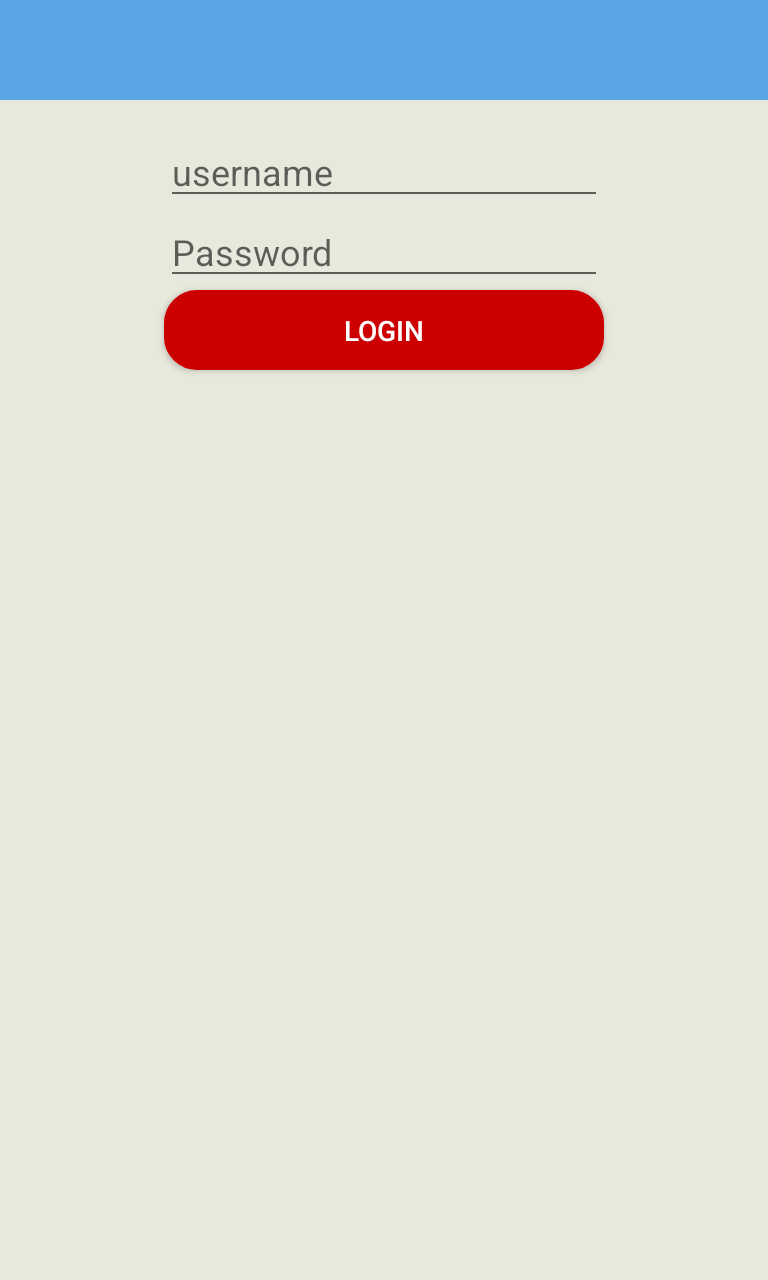
Repository: thomasb101/SYE-PUBapp
Layout: Android/SYE_PUB/res/layout/activity_login.xml
The author's editor kept a copy of each file at every save. The layout is drawn from the files as they stood at one save, then again after the next save.
It is drawn on a 768 x 1280 px phone screen (xhdpi) without system bars, with theme AppTheme; the app's code is not run. The app's manifest (not shown) leaves right-to-left support off. So textAlignment, textDirection and layoutDirection are ignored, and left and right values win over start and end ones.

Above is the layout before, as saved 2014-10-19 22:03:10.

### Android/SYE_PUB/res/layout/activity_login.xml
<LinearLayout xmlns:android="http://schemas.android.com/apk/res/android"
    xmlns:tools="http://schemas.android.com/tools"
    android:layout_width="match_parent"
    android:layout_height="match_parent"
    android:orientation="vertical"
    android:background="#e9e8dd"
    tools:context=".LoginActivity" >
    <ImageView
        android:id="@+id/imageView1"
        android:layout_width="fill_parent"
        android:layout_height="100px"
        android:background="#5ba4e5"
        android:layout_gravity="center"
         />
    <EditText
        android:layout_width="440px"
        android:layout_height="80px"
        android:layout_gravity="center"
        android:layout_marginTop="30px"
        android:id="@+id/username"
        android:hint="username"/>
    <EditText
        android:id="@+id/password"
        android:layout_width="440px"
        android:layout_gravity="center"
        android:layout_height="80px"
        android:inputType="textPassword"
        android:hint="Password"/>
    <Button
        android:layout_width="440px"
        android:layout_height="80px"
        android:layout_gravity="center"
        android:id="@+id/loginbtn"
        android:background="@drawable/btn_back"
        android:textColor="#ffffff"
        android:textAlignment="center"
        android:text="Login"/>

</LinearLayout>

### Android/SYE_PUB/res/drawable-mdpi/btn_back.xml
<?xml version="1.0" encoding="UTF-8"?>
<shape xmlns:android="http://schemas.android.com/apk/res/android">
    <solid android:color="#CC0000"/>
    <stroke android:width="3dip"
        android:color="#CC0000" />
    <corners android:radius="15dip"/>
    <padding android:left="0dip"
        android:top="0dip"
        android:right="0dip"
        android:bottom="0dip" />
</shape>

Loaded but not shown: Android/SYE_PUB/res/values/styles.xml (common file); Android/SYE_PUB/res/values-v11/styles.xml (common file); Android/SYE_PUB/res/values-v14/styles.xml (common file)

After the next save:
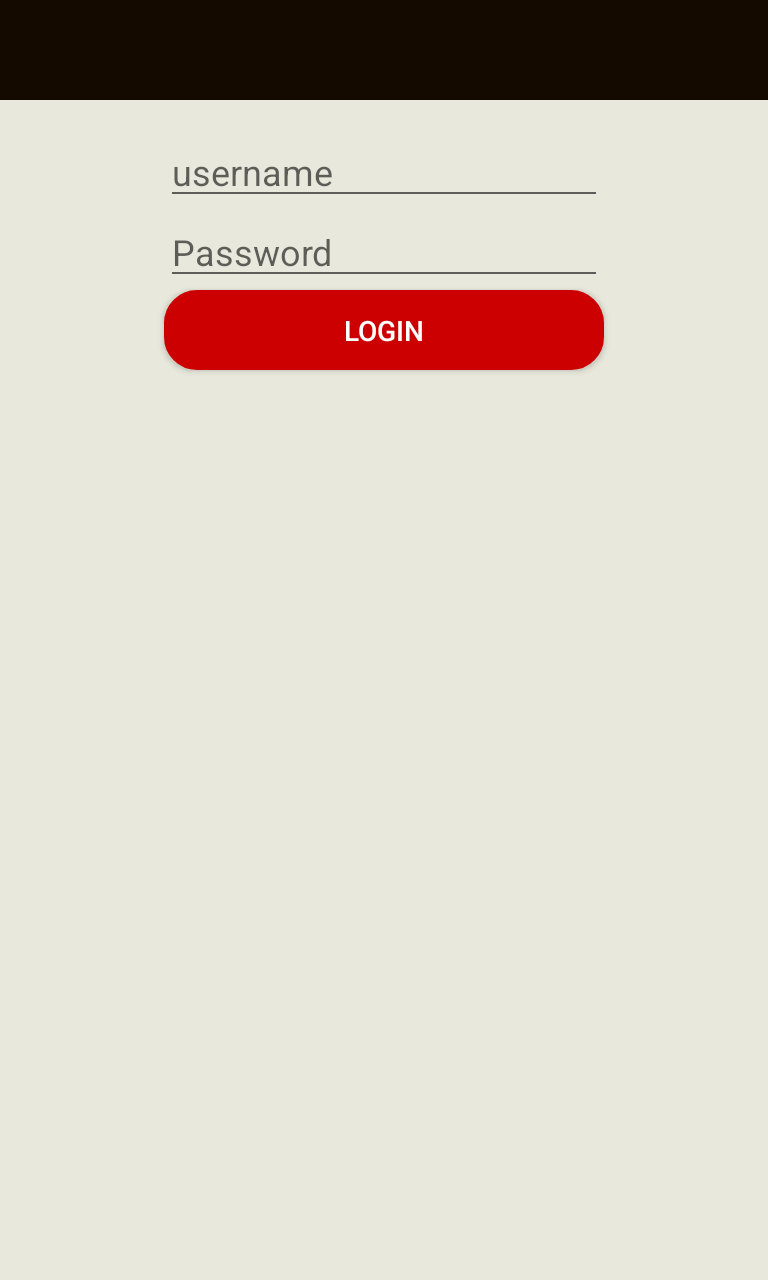
Saved 32 min 49 s later.
--- a/Android/SYE_PUB/res/layout/activity_login.xml
+++ b/Android/SYE_PUB/res/layout/activity_login.xml
@@ -9,7 +9,7 @@
         android:id="@+id/imageView1"
         android:layout_width="fill_parent"
         android:layout_height="100px"
-        android:background="#5ba4e5"
+        android:background="#140A00"
         android:layout_gravity="center"
          />
     <EditText
